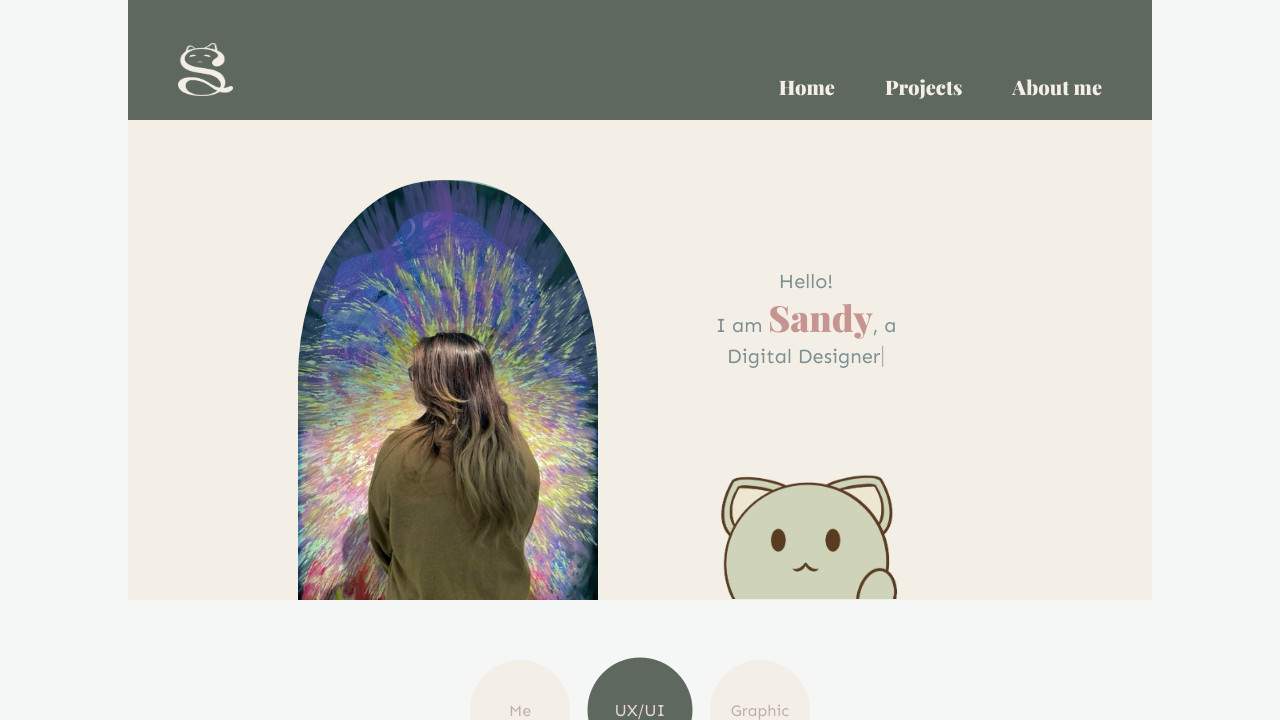
Repository: SandyLy453/portfolio
Page: /
The author's editor kept a copy of each file at every save. The page is drawn from the files as they stood at one save, then again after the next save.
The browser window is 1280 px wide. The pictures show the whole page.
An inner scrolling area shows only its first screen. The project was rebuilt for these pictures with package versions that can differ from the ones it lists, and the page was loaded fresh each time. The framework's server and built-in components were replaced by stand-ins that run in the browser. Also part of the build but not shown: next.config.mjs, modules/Footer/Footer.module.css, modules/Footer/Footer.js, modules/ProjectCard/ProjectCard.module.css, modules/ProjectCard/Projectcard.js.

Above is the page before, as saved 2025-02-17 17:27:10.

After the next save:
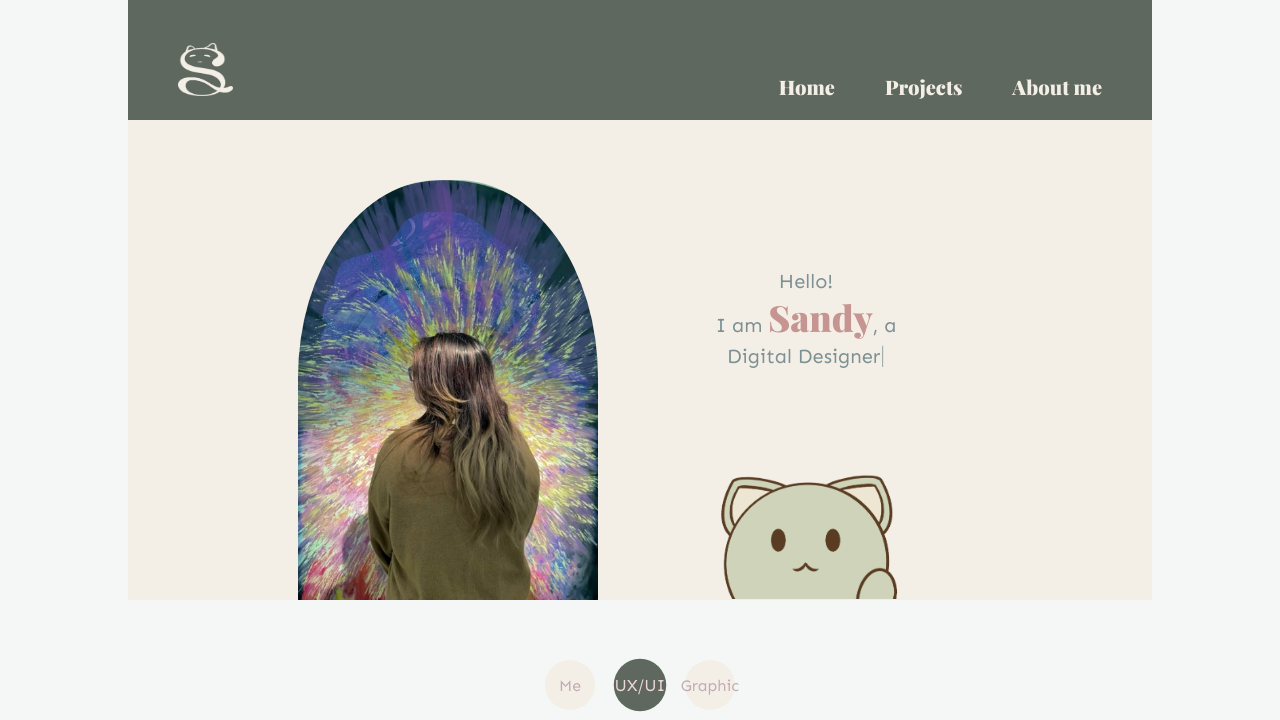
Saved 59 s later.
--- a/modules/ShowCase/ShowCase.module.css
+++ b/modules/ShowCase/ShowCase.module.css
@@ -147,6 +147,10 @@
     .tagBox {
         flex-direction: row;
     }
+    .tag, .active {
+        width: 50px;
+        height: 50px;
+    }
 }
 
 @media screen and (max-width: 768px) {
